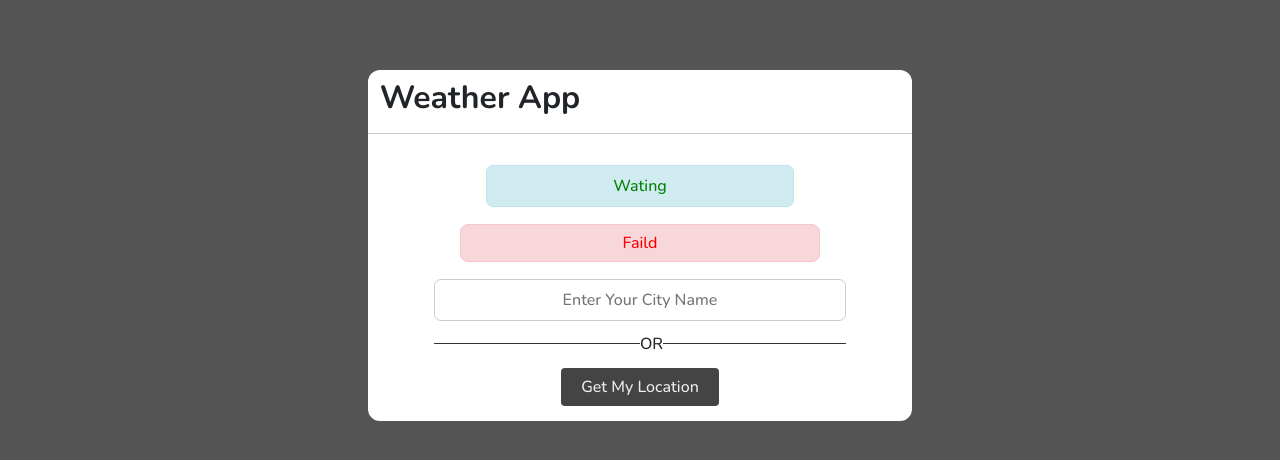
Repository: youssef168/Weather-App
Page: index.htm
An editor plug-in stored every save of this project. The page is shown before and after the next save, followed by the edit.
The browser window is 1280 px wide. The pictures show the whole page.

Above is the page before, as saved 2021-12-28 22:55:22.

### index.htm
<!DOCTYPE html>
<html lang="en">
<head>
    <meta charset="UTF-8">
    <meta http-equiv="X-UA-Compatible" content="IE=edge">
    <meta name="viewport" content="width=device-width, initial-scale=1.0">
    <link href="https://cdn.jsdelivr.net/npm/bootstrap@5.1.3/dist/css/bootstrap.min.css" rel="stylesheet" integrity="sha384-1BmE4kWBq78iYhFldvKuhfTAU6auU8tT94WrHftjDbrCEXSU1oBoqyl2QvZ6jIW3" crossorigin="anonymous">
    <link rel="preconnect" href="https://fonts.googleapis.com">
    <link rel="preconnect" href="https://fonts.gstatic.com" crossorigin>
    <link href="https://fonts.googleapis.com/css2?family=Nunito:ital,wght@0,300;0,500;0,600;0,700;0,900;1,200;1,300;1,400;1,500;1,700&family=Work+Sans:ital,wght@1,400;1,600&display=swap" rel="stylesheet">
    <link rel="stylesheet" href="./style.css">
    <link href='https://unpkg.com/boxicons@2.1.1/css/boxicons.min.css' rel='stylesheet'>

    <title>Document</title>
</head>
<body>
    <div class="container">
        <div class='row super'>
            <h2>Weather App</h2>
            <hr>
          <div id="Special" class='col '>
              <div class="wearher-img">
                  <img class="w-100" src="./Umbrella-rafiki.svg" alt="">
              </div>
              <div class="weather-details">
                  <span class="degree">18</span>
                  <span class="sign">°</span>
                  <span class="sign-2">
                    C
                  </span>
                  <h4>Broken Cold</h4>
              </div>
              <div class="location">
                <i class='bx bx-map-alt'></i>
                <span>Shubra,Cairo</span>
              </div>
              <div class="detail-box">
                  <div class="column fellLike">
                      <i class='bx bxs-thermometer'></i>
                      <div class="innerFeild "></
                        <span class="degree-2">18°C</span>

                        <div>Feels like</div>
                    </div>
                  </div>
                  <div class="column Humidity">
                    <i class='bx bxs-droplet'></i>
                    <div class="innerFeild">
                        <span class="degree-2">
                            63%</span>
                            <h6>Humidity</h6>
                    </div>
                  </div>
              </div>
            </div>
            <div class="col super-x active">
                <div class="wating ">
                    Wating
                </div>
                <div class="faild">
                    Faild
                </div>
                <div class="input">
                    <input class="input-super" type="text" placeholder="Enter Your City Name">
                </div>
                <div class="bot-button mt-4">
                    <button class="btn">Get My Location</button>
                </div>
            </div>
        </div>
    </div>


    <script src="./script.js"></script>
    <script src="https://cdn.jsdelivr.net/npm/bootstrap@5.1.3/dist/js/bootstrap.bundle.min.js" integrity="sha384-ka7Sk0Gln4gmtz2MlQnikT1wXgYsOg+OMhuP+IlRH9sENBO0LRn5q+8nbTov4+1p" crossorigin="anonymous"></script>
</body>
</html>

### style.css
/* Start Global Rules */
body {
    font-family: 'Nunito', sans-serif;
    background: #555

}



.super {
    margin: auto;
    margin-top: 70px;
    width: fit-content;
    background: #fff;
    border-radius: 12px;
    /* background-image: url('./blob.svg');
    background-repeat: no-repeat;
    background-size: covere; */
}

/* end Global Rules */

h2 {
    font-weight: bold !important;
    /* font-size: 3.6rem !important; */
    line-height: 55px ;
}

.container {
    padding: 0;
}

.wearher-img {
    width: 330px;
}

.col {
    padding: 15px;
    display: flex ;
    flex-direction: column;
    justify-content: center;
    align-items: center;
    display: none;
}

.col.active {
    display: flex;
}

/* .col.active .super-x {
    display: none;
} */



.weather-details {
    font-size: 60px;
    font-weight: bold;
}

.sign {
    margin-left: -5px;
}

.weatherStatus {
    font-weight: bolder;
    font-size: 1.8rem;
    text-align: center;
    margin: auto;
}

.location {
    font-size: 1.4rem;
    display: flex;
    align-items: center;
    background-color: #407BFF;
    padding: 5px 13px;
    color: #fff;
    border-radius: 8px;
    justify-content:center;
    margin-bottom: 15px;
}

.location .bx-map-alt {
    margin-right: 8px;
}

.detail-box {
    display: flex;
    border-top: 1px solid #ccc;
    width: 100%;
    justify-content: space-between;
}

.detail-box .column {
    width: 100%;
    display: flex;
    justify-content: center;
    padding: 16px 0 0;
}

.innerFeild {
    display: flex;
    flex-direction: column;
}

.column i {
    margin-top: 5px;
    font-size: 40px;
}

.super-x {
    padding: 15px;
    display: flex ;
    flex-direction: column;
    justify-content: center;
    align-items: center;
}


.input-super {
    padding: 8px 30px;
    text-align: center;
    outline: none;
    border: 1px solid #ccc;
    border-radius: 7px;
    width: 100%;
    margin-bottom: 22px;
}

.input {
    border-bottom: 1px solid #333;
    width: 80%;
    position: relative;
}

.input::after {
    content: "OR";
    position: absolute;
    bottom: -12.5px;
    left: 50%;
    background: #fff
}

.bot-button button {
    background: #444;
    color: #eee;
    padding: 6px 19px !important;
    transition: 0.5s;
}

.bot-button button:hover {
    background: transparent;
    border: 1px solid #444;
}

.super-x.active {
    display: flex;
}
.super-x {
    display: none;
}

.wating {
    background: #D1ECF1;
    color: green;
    width: 60%;
    text-align: center;
    margin-bottom: 17px;
    padding: 8px 19px;
    border-radius: 7px;
    border: 1px solid #BEE5EB;
}

.faild {
    background: #F8D7DA;
    color: red;
    margin-bottom: 17px;
    width: 70%;
    text-align: center;
    padding: 6px 18px;
    border-radius: 8px;
    border: 1px solid #F5C6CB;
}

### script.js
let mainCol = document.getElementById('Special'),
SecCol = document.querySelector('super-x')
let btn = document.querySelector('button')
let WatingMsg = document.querySelector('.wait')
let FaildMsg = document.querySelector('.faild')
let inputFiled = document.querySelector('input')


inputFiled.addEventListener('keyup', e => {
    if (e.code = 'Enter' && inputFiled.value !== '') {
        requestApi(inputFiled.value)
    }
})

function requestApi(City) {
    WatingMsg.innerHTML = 'Getting Location And Data, Please Wait'

    let APIKEY = 'c191c78554f244c610917b056757a1a6';
    const api = `https://api.openweathermap.org/data/2.5/weather?q=${City}&appid=${APIKEY}`
    fetch(api).then(res => res.json()).then(results => getWeatherResults(results))
}


function getWeatherResults(info) {
    console.log(info)
}

After the next save:
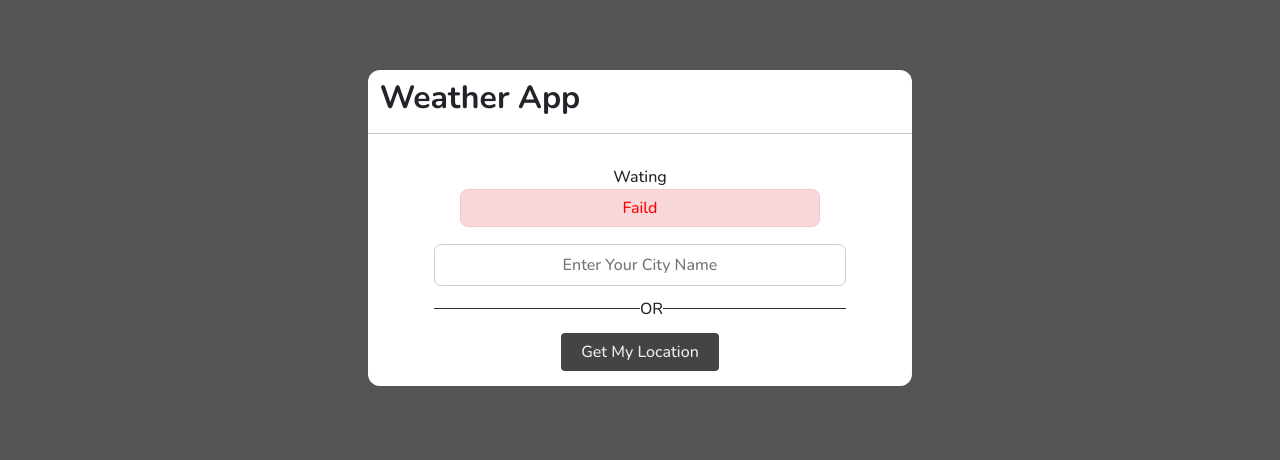
Saved 12 s later.
--- a/style.css
+++ b/style.css
@@ -161,7 +161,7 @@ h2 {
     display: none;
 }
 
-.wating {
+.wating.active {
     background: #D1ECF1;
     color: green;
     width: 60%;
